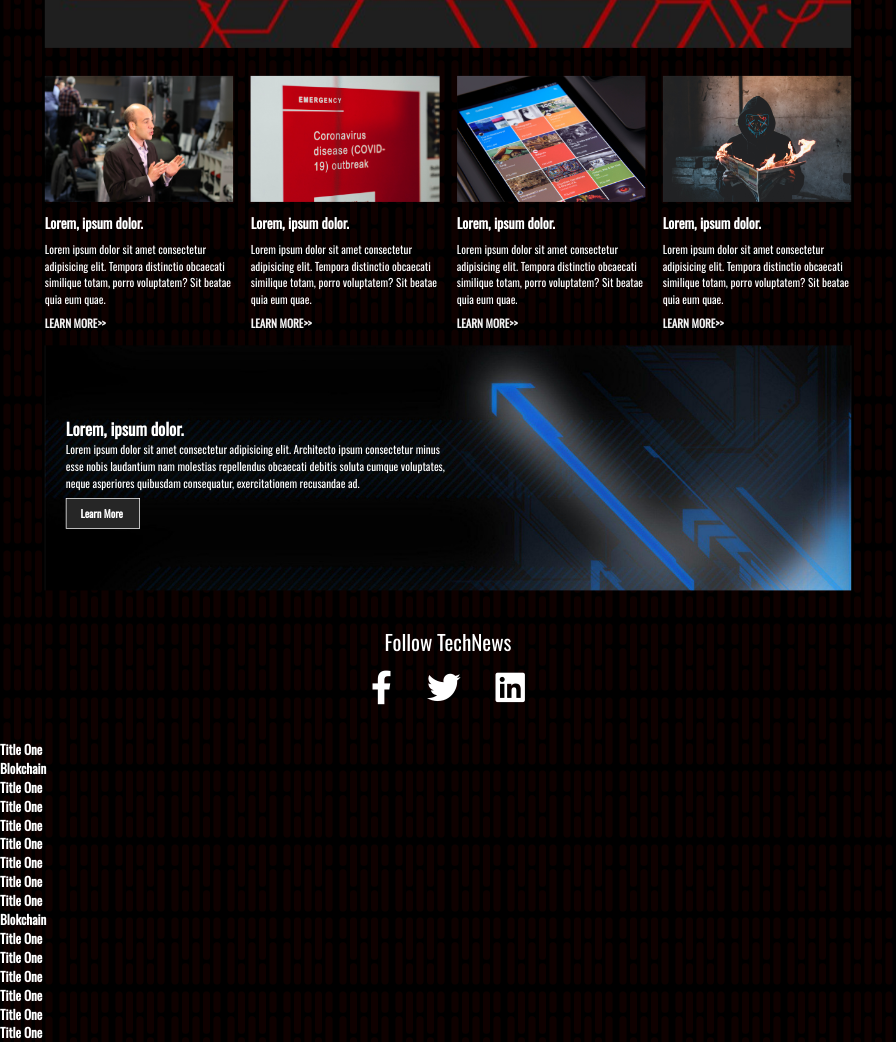
Repository: NickArregoces/News_Web
Page: index.html
An editor plug-in stored every save of this project. The page is shown before and after the next save, followed by the edit.
The browser window is 1280 px wide. The pictures show the part of the page from y = 1319 to 3239 px (the page is 2807 px tall before and 3239 px after), at 70% of full size.

Above is the page before, as saved 2021-12-24 20:14:38.

### index.html
<!DOCTYPE html>
<html lang="en">
<head>
    <meta charset="UTF-8">
    <meta http-equiv="X-UA-Compatible" content="IE=edge">
    <meta name="viewport" content="width=device-width, initial-scale=1.0">
    <title>TechNews</title>
    <!--FONT AWESOME-->
    <link rel="stylesheet" href="https://cdnjs.cloudflare.com/ajax/libs/font-awesome/6.0.0-beta3/css/all.min.css">

    <link rel="stylesheet" href="style.Css">
    <!--Oswald FONTS-->
    <link rel="preconnect" href="https://fonts.googleapis.com">
<link rel="preconnect" href="https://fonts.gstatic.com" crossorigin>
<link href="https://fonts.googleapis.com/css2?family=Oswald:wght@200;300;400&display=swap" rel="stylesheet">
</head>
<body>

    <div class="container">

        <nav class ="nav-main">
            <img src="img/brand.png" alt="" class="nav-brand">

            <ul class="nav-menu">
                <li>
                    <a href="#">Web Development</a>
                </li>
                <li>
                    <a href="#">blochain</a>
                </li>
                <li>
                    <a href="#">Artificial Intelligence</a>
                </li>
                <li>
                    <a href="#">Machine Learning</a>
                </li>
                <li>
                    <a href="#">Quantum Computing</a>
                </li>
                <li>
                    <a href="#">Startup</a>
                </li>
                <li>
                    <a href="#">More</a>
                </li>
            </ul>
            <ul class="nav-menu-right">
                <li>
                    <a href="">
                        <i class="fas fa-search"></i>
                    </a>
                </li>
            </ul>
        </nav>
        <hr> <!--Crea una linea -->


        <!--Showcase=Imagen pricnipal-->
        <header class="showcase">
            <h2>Big News Today</h2>
            <p>Lorem ipsum dolor sit, amet consectetur adipisicing elit. A laboriosam eaque, praesentium suscipit velit harum cupiditate unde corrupti vitae, asperiores beatae quae. Minima veritatis quas blanditiis et assumenda aperiam voluptatum!</p>
        <!--lorem30 te crea 30 palabras-->
            <a class="btn" href="#">Read More>> <i class="fas fa-angles-double-right"></i></a>
        </header>

        <!--NEWS CARDS(COLUMNAS)-->
        <div class="news-cards">
            <div class="">
                <img src="img/news1.jpg" alt="News 1">
                <h3>Lorem, ipsum dolor.</h3>
                <p>Lorem ipsum dolor sit amet consectetur adipisicing elit. Tempora distinctio obcaecati similique totam, porro voluptatem? Sit beatae quia eum quae.</p>
                <a href="">Learn More>><i class="fas fa-amgle-dpuble-right"></i></a>
            </div>
            <div class="">
                <img src="img/news2.jpg" alt="News 2">
                <h3>Lorem, ipsum dolor.</h3>
                <p>Lorem ipsum dolor sit amet consectetur adipisicing elit. Tempora distinctio obcaecati similique totam, porro voluptatem? Sit beatae quia eum quae.</p>
                <a href="">Learn More>><i class fas fa-amgle-dpuble-right></i></a>
            </div>
            <div class="">
                <img src="img/news3.jpg" alt="News 3">
                <h3>Lorem, ipsum dolor.</h3>
                <p>Lorem ipsum dolor sit amet consectetur adipisicing elit. Tempora distinctio obcaecati similique totam, porro voluptatem? Sit beatae quia eum quae.</p>
                <a href="">Learn More>><i class="fas fa-amgle-dpuble-right" ></i></a>
            </div>
            <div class="">
                <img src="img/news4.jpg" alt="News 4">
                <h3>Lorem, ipsum dolor.</h3>
                <p>Lorem ipsum dolor sit amet consectetur adipisicing elit. Tempora distinctio obcaecati similique totam, porro voluptatem? Sit beatae quia eum quae.</p>
                <a href="">Learn More>><i class="fas fa-amgle-dpuble-right"></i></a>
            </div>
        </div>

        <div>

            <section class="cards-banner-one">
                <div class="content">
                    <h2>Lorem, ipsum dolor.</h2>
                    <p>Lorem ipsum dolor sit amet, consectetur adipisicing elit. Quidem esse aut blanditiis saepe iusto, unde deleniti sequi totam mollitia tenetur?</p>
                    <a href="#" class="btn">Learn More <i class="fas fa-amgle-dpuble-right"></i></a>
                </div>

            </section>

            <!--NEWS CARDS(COLUMNAS)-->
        <div class="news-cards">
            <div class="">
                <img src="img/news1.jpg" alt="News 1">
                <h3>Lorem, ipsum dolor.</h3>
                <p>Lorem ipsum dolor sit amet consectetur adipisicing elit. Tempora distinctio obcaecati similique totam, porro voluptatem? Sit beatae quia eum quae.</p>
                <a href="">Learn More>><i class="fas fa-amgle-dpuble-right"></i></a>
            </div>
            <div class="">
                <img src="img/news2.jpg" alt="News 2">
                <h3>Lorem, ipsum dolor.</h3>
                <p>Lorem ipsum dolor sit amet consectetur adipisicing elit. Tempora distinctio obcaecati similique totam, porro voluptatem? Sit beatae quia eum quae.</p>
                <a href="">Learn More>><i class fas fa-amgle-dpuble-right></i></a>
            </div>
            <div class="">
                <img src="img/news3.jpg" alt="News 3">
                <h3>Lorem, ipsum dolor.</h3>
                <p>Lorem ipsum dolor sit amet consectetur adipisicing elit. Tempora distinctio obcaecati similique totam, porro voluptatem? Sit beatae quia eum quae.</p>
                <a href="">Learn More>><i class="fas fa-amgle-dpuble-right" ></i></a>
            </div>
            <div class="">
                <img src="img/news4.jpg" alt="News 4">
                <h3>Lorem, ipsum dolor.</h3>
                <p>Lorem ipsum dolor sit amet consectetur adipisicing elit. Tempora distinctio obcaecati similique totam, porro voluptatem? Sit beatae quia eum quae.</p>
                <a href="">Learn More>><i class="fas fa-amgle-dpuble-right"></i></a>
            </div>
        </div>

        <section class="cards-banner-two">
            <div class="content">
                <h2>Lorem, ipsum dolor.</h2>
                <p>Lorem ipsum dolor sit amet consectetur adipisicing elit. Architecto ipsum consectetur minus esse nobis laudantium nam molestias repellendus obcaecati debitis soluta cumque voluptates, neque asperiores quibusdam consequatur, exercitationem recusandae ad.</p>
                <a href="#" class="btn">Learn More <i class="fas fa-angles-double-right"></i> </a>
            </div>
        </section>

        <section class="social">

                <p> Follow TechNews</p>
                <div class="links">
                    <a href="#"><!--Se crean lo iconos automaticamente-->
                        <i class="fab fa-facebook-f"></i>
                    </a>
                <a href="#">
                    <i class="fab fa-twitter"></i>
                </a>
                <a href="#">
                    <i class="fab fa-linkedin"></i>
                </a>

                </div>

        </section>




        </div>

    </div>

    <div class="footer-links">
        <div class="footer-container">
            <ul>
                <li>
                    <a href="#">
                        <h3>Title One</h3>
                    </a>
                </li>
                <li>
                    <a href="#">
                        <h3>Blokchain</h3>
                    </a>
                </li>
                <li>
                    <a href="#">
                        <h3>Title One</h3>
                    </a>
                </li>
                <li>
                    <a href="#">
                        <h3>Title One</h3>
                    </a>
                </li>
                <li>
                    <a href="#">
                        <h3>Title One</h3>
                    </a>
                </li>
                <li>
                    <a href="#">
                        <h3>Title One</h3>
                    </a>
                </li>
                <li>
                    <a href="#">
                        <h3>Title One</h3>
                    </a>
                </li>
                <li>
                    <a href="#">
                        <h3>Title One</h3>
                    </a>
                </li>
            </ul>

            <ul>
                <li>
                    <a href="#">
                        <h3>Title One</h3>
                    </a>
                </li>
                <li>
                    <a href="#">
                        <h3>Blokchain</h3>
                    </a>
                </li>
                <li>
                    <a href="#">
                        <h3>Title One</h3>
                    </a>
                </li>
                <li>
                    <a href="#">
                        <h3>Title One</h3>
                    </a>
                </li>
                <li>
                    <a href="#">
                        <h3>Title One</h3>
                    </a>
                </li>
                <li>
                    <a href="#">
                        <h3>Title One</h3>
                    </a>
                </li>
                <li>
                    <a href="#">
                        <h3>Title One</h3>
                    </a>
                </li>
                <li>
                    <a href="#">
                        <h3>Title One</h3>
                    </a>
                </li>
            </ul>


        </div>
    </div>

</body>
</html>

### style.Css
*{
    box-sizing: border-box;
    margin: 0;
    padding: 0;
}

body{
    background:#000000;
    color:#ffff;
    background-color: #000000;
    background-image: url("data:[embedded picture, 663 characters]");
    color:#1e272e;
    font-size: 16px;
    font-family: 'Oswald', sans-serif;
}

a{
    color: #ffff;
    text-decoration: none;
}

ul{
    list-style: none;
}
.container{
    width: 90%;/*responsive*/
    margin: auto;
    color: #ffff;/*MIO*/
}
/*Navigation*/
.nav-main{
    font-size: 17px;
    display: flex;/*Elememnto al lado de otro*/
    justify-content: space-between;
    align-items: center;
    height: 60px;
    padding: 20px 0px;
}
.nav-brand{
    width: 50px;
}

/*Nav Left*/
.nav-main ul{
    display:flex;
}

.nav-main ul li{
    padding: 10px;
}

.nav-main ul li a{
    padding: 6px;
}

.nav-main ul li a:hover {
    border-bottom: 2px solid #ffffff;
}
.nav-main ul.nav-menu{
    flex:1;
    margin-left: 20px;
}

/*Showcase*/
hr{
    margin:10px 0px;
}
.showcase{
    width: 100%;
    height: 550px;
    /*Arreglar img */
    background: url(/img/showcase2.jpg) no-repeat center center/cover;
    padding-bottom: 50px;
    margin-bottom: 20px;/*Margen interna*/
    display:flex;
    flex-direction: column;
    align-items: center;/*centrar P*/
    justify-content: flex-end; /*p al final*/
}

.btn{
    cursor: pointer;
    display: inline-block;
    border: 0;
    font-weight: bold;
    padding: 10px 20px;
    background: #262626;
    color:#ffffff;
    font-size: 15px;
    border: 1px solid #ffff;
    margin:10px 0px;
}

.btn:hover{
    opacity: 0.7;
}

.showcase h2,
.showcase p{
    margin-bottom: 10px;
}

/*News CARS*/
.news-cards{
    display: grid;
    grid-template-columns: 1fr 1fr 1fr 1fr;/*4 columnas*/
    gap: 25px;/*espaciado card*/
    margin: 10px 0;
}

.news-cards img{
    width:100%;
    height:  180px;
}

.news-cards h3{
    font-size: 20px;
    margin:  10px 0;

}

.news-cards a{
    padding: 10px 0;
    color: #f2f2f2;
    text-transform: uppercase;
    display: inline-block;
    font-weight: bold;
}

.news-cards a:hover{
    text-decoration: underline; /*Line debajo*/
}

/*Cards-banner-one*/

.cards-banner-one {
    width: 100%;
    height: 350px;
    background: url(./img/tech-red.jpg) no-repeat center/cover;;
    margin-bottom: 40px;
}
.cards-banner-one .content{
    width: 40%;
    padding: 90px 0 0 30px;
    color: #f2f2f2;
}

.cards-banner-one p,
.cards-banner-one h2{
    margin: 10px 0 20px 0;
}

/*CARDS BANNER TWO*/

.cards-banner-two{
    background: url(./img/image-five.jpg) no-repeat center/cover;
    width: 100%;
    height: 350px;
}

.cards-banner-two .content{
    width: 50%;
    padding: 100px 0 0 30px;
}

/*Social*/
.social{
    margin: 50px;
}

.social p{
    text-align: center;
    font-size: 30px;
    margin-bottom: 20px;
}

.links{
    display: flex;
    align-items: center;
    justify-content: center;
}

.links a{
    margin: 0 25px;
}
.links a i{
    font-size: 3rem;
}

After the next save:
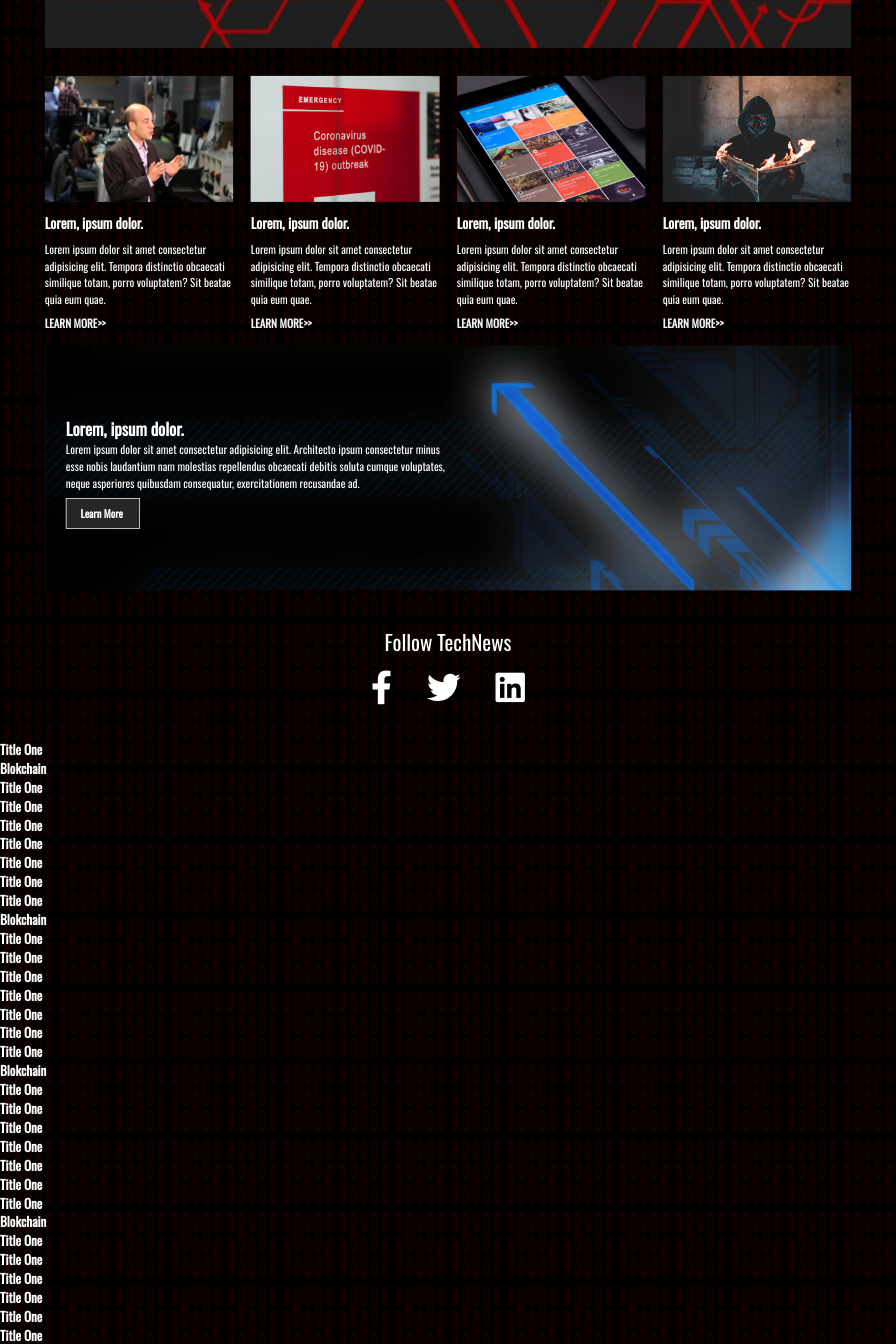
Saved 6 s later.
--- a/index.html
+++ b/index.html
@@ -251,7 +251,91 @@
                 </li>
             </ul>
 
-
+            <ul>
+                <li>
+                    <a href="#">
+                        <h3>Title One</h3>
+                    </a>
+                </li>
+                <li>
+                    <a href="#">
+                        <h3>Blokchain</h3>
+                    </a>
+                </li>
+                <li>
+                    <a href="#">
+                        <h3>Title One</h3>
+                    </a>
+                </li>
+                <li>
+                    <a href="#">
+                        <h3>Title One</h3>
+                    </a>
+                </li>
+                <li>
+                    <a href="#">
+                        <h3>Title One</h3>
+                    </a>
+                </li>
+                <li>
+                    <a href="#">
+                        <h3>Title One</h3>
+                    </a>
+                </li>
+                <li>
+                    <a href="#">
+                        <h3>Title One</h3>
+                    </a>
+                </li>
+                <li>
+                    <a href="#">
+                        <h3>Title One</h3>
+                    </a>
+                </li>
+            </ul>
+
+            <ul>
+                <li>
+                    <a href="#">
+                        <h3>Title One</h3>
+                    </a>
+                </li>
+                <li>
+                    <a href="#">
+                        <h3>Blokchain</h3>
+                    </a>
+                </li>
+                <li>
+                    <a href="#">
+                        <h3>Title One</h3>
+                    </a>
+                </li>
+                <li>
+                    <a href="#">
+                        <h3>Title One</h3>
+                    </a>
+                </li>
+                <li>
+                    <a href="#">
+                        <h3>Title One</h3>
+                    </a>
+                </li>
+                <li>
+                    <a href="#">
+                        <h3>Title One</h3>
+                    </a>
+                </li>
+                <li>
+                    <a href="#">
+                        <h3>Title One</h3>
+                    </a>
+                </li>
+                <li>
+                    <a href="#">
+                        <h3>Title One</h3>
+                    </a>
+                </li>
+            </ul>
         </div>
     </div>
 
